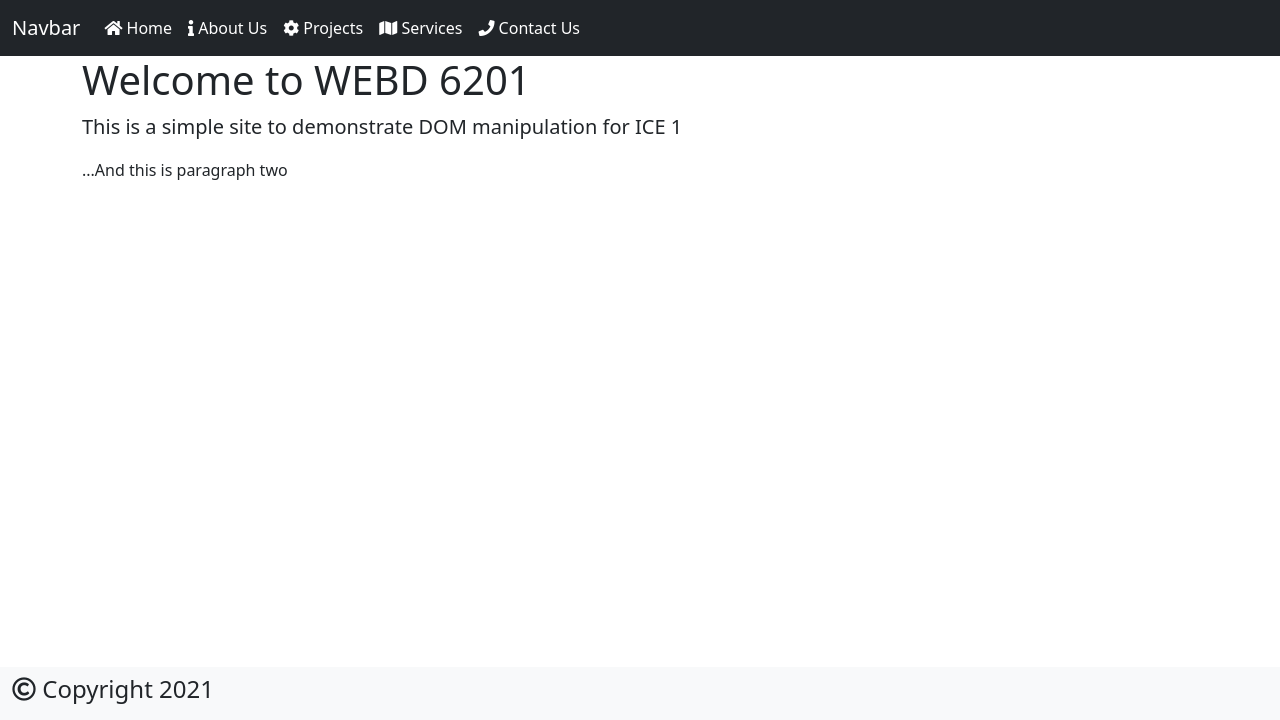
Repository: spencernewellevans/WEBD6201-ICE01
Page: index.html
An editor plug-in stored every save of this project. The page is shown before and after the next save, followed by the edit.
The browser window is 1280 px wide. The pictures show the whole page.

Above is the page before, as saved 2021-01-22 15:49:14.

### index.html
<!DOCTYPE html>
<html lang="en">
<head>
    <meta charset="UTF-8">
    <meta name="viewport" content="width=device-width, initial-scale=1.0">
    <title>WEBD6201 - ICE01</title>
    <!-- CSS Section-->
    <link rel="stylesheet" href="./node_modules/bootstrap/dist/css/bootstrap.min.css">
    <link rel="stylesheet" href="./node_modules/@fortawesome/fontawesome-free/css/all.min.css">
    <link rel="stylesheet" href="./Content/app.css">
</head>
<body>
    <header>
        <nav class="navbar navbar-expand-lg navbar-dark bg-dark">
            <div class="container-fluid">
              <a class="navbar-brand" href="#">Navbar</a>
              <button class="navbar-toggler" type="button" data-bs-toggle="collapse" data-bs-target="#navbarSupportedContent" aria-controls="navbarSupportedContent" aria-expanded="false" aria-label="Toggle navigation">
                <span class="navbar-toggler-icon"></span>
              </button>
              <div class="collapse navbar-collapse" id="navbarSupportedContent">
                <ul class="navbar-nav me-auto mb-2 mb-lg-0">
                  <li class="nav-item">
                    <a class="nav-link active" aria-current="page" href="#"><i class="fas fa-home fa-large"></i> Home</a>
                  </li>

                  <li class="nav-item">
                    <a class="nav-link active" aria-current="page" href="#"><i class="fas fa-info fa-large"></i> About Us</a>
                  </li>

                  <li class="nav-item">
                    <a class="nav-link active" aria-current="page" href="#"><i class="fas fa-cog fa-large"></i> Projects</a>
                  </li>

                  <li class="nav-item">
                    <a class="nav-link active" aria-current="page" href="#"><i class="fas fa-map fa-large"></i> Services</a>
                  </li>

                  <li class="nav-item">
                    <a class="nav-link active" aria-current="page" href="#"><i class="fas fa-phone fa-large"></i> Contact Us</a>
                  </li>
                </ul>
              </div>
            </div>
          </nav>
    </header>

    <main class="container">
        <h1>Welcome to WEBD 6201</h1>
        <p id="paragraphOne"></p>
    </main>

    <footer>
        <nav class="navbar fixed-bottom navbar-light bg-light">
            <div class="container-fluid">
              <h4><i class="far fa-copyright fa-large"></i> Copyright 2021</h4>
            </div>
          </nav>
    </footer>

    <!-- Script Section -->
    <script src="./node_modules/jquery/dist/jquery.min.js"></script>
    <script src="./node_modules/bootstrap/dist/js/bootstrap.bundle.min.js"></script>
    <script src="./Scripts/app.js"></script>
</body>
</html>

### content/app.css
/* Custom CSS goes here */

### scripts/app.js
/* Custom JavaScript goes here */

// IIFE - Immediately Invoked Function Expression
// Anonymous self-executing expression
// limits scope leak

"use strict";

(function()
{

    function Start()
    {
        console.log("App Started...");

        let paragraphOneText = "This is a simple site to demonstrate DOM manipulation for ICE 1";

        let paragraphOneElement = document.getElementById("paragraphOne");

        paragraphOneElement.textContent = paragraphOneText;
        paragraphOneElement.className = "fs-5"

        // Step 1. create the element
        let newParagraph = document.createElement("p");
        // Step 2. configure the element
        newParagraph.setAttribute("id","paragraphTwo");
        newParagraph.textContent = "...And this is paragraph two"
        // Step 3. select parent element
        let mainContent = document.getElementsByTagName("main")[0];
        // Step 3. insert the element
        mainContent.appendChild(newParagraph);
        newParagraph.className = "fs-6";

        let paragraphThree =  `<p class="fs-7 fw-bold">And this is the third paragraph</p>`
    }

    window.addEventListener("load", Start);

})();

Loaded but not shown: node_modules/bootstrap/dist/css/bootstrap.min.css (library); node_modules/@fortawesome/fontawesome-free/css/all.min.css (library); node_modules/jquery/dist/jquery.min.js (library); node_modules/bootstrap/dist/js/bootstrap.bundle.min.js (library)

After the next save:
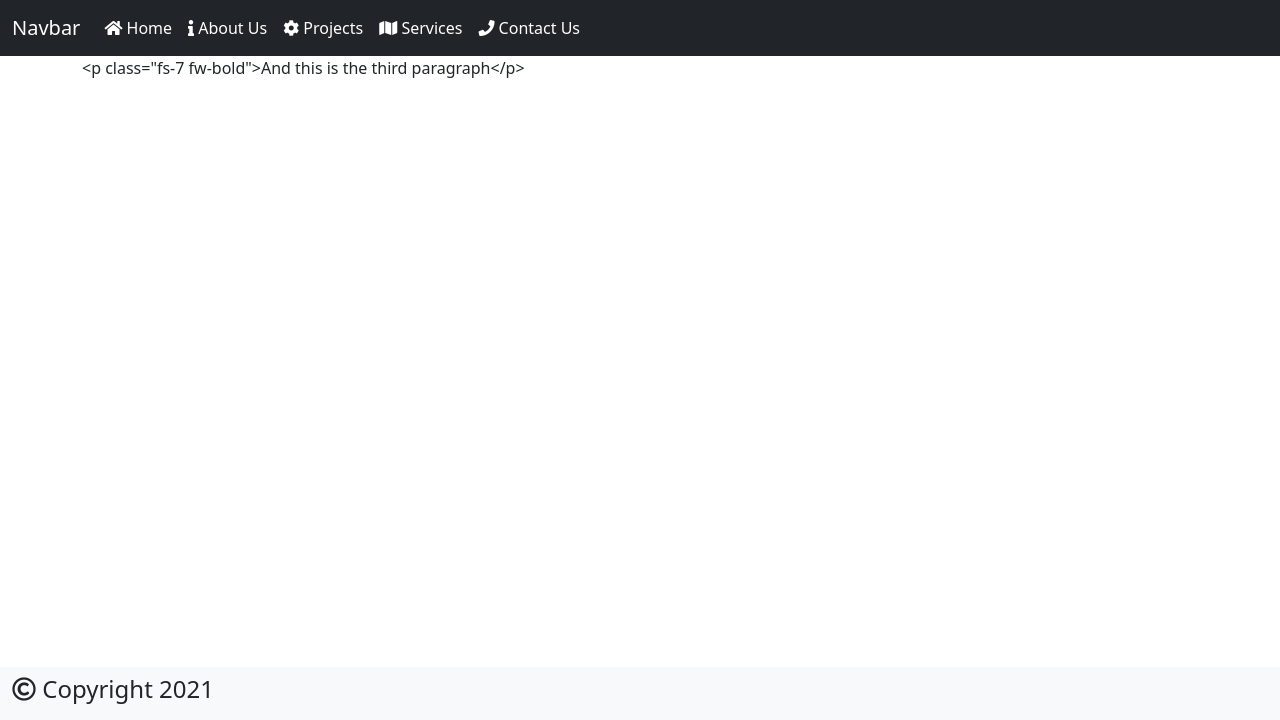
Saved 64 s later.
--- a/scripts/app.js
+++ b/scripts/app.js
@@ -31,7 +31,8 @@
         mainContent.appendChild(newParagraph);
         newParagraph.className = "fs-6";
 
-        let paragraphThree =  `<p class="fs-7 fw-bold">And this is the third paragraph</p>`
+        let paragraphThree =  `<p class="fs-7 fw-bold">And this is the third paragraph</p>`;
+        mainContent.textContent = paragraphThree;
     }
 
     window.addEventListener("load", Start);
